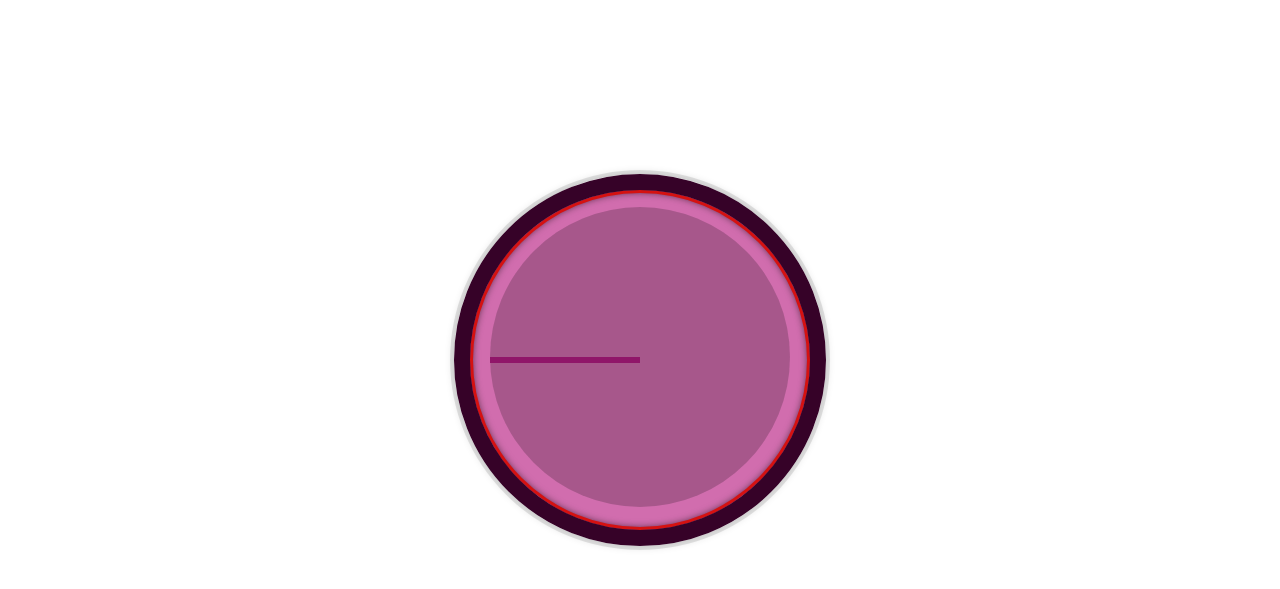
Repository: Freezler/javascript-css-clock
Page: index.html
These files come from the project's save history. The page is drawn as it stood at one moment and after the next save; the edit follows.
The browser window is 1280 px wide. The pictures show the whole page.

Above is the page before, as saved 2024-08-24 15:55:26.

### index.html
<!DOCTYPE html>
<html lang="en">

<head>
    <meta charset="UTF-8">
    <title>JS + CSS Clock</title>
    <link rel="icon" href="https://fav.farm/🔥" />
    <link rel="stylesheet" href="style.css">
</head>

<body>
    <div class="clock">
        <div class="clock-face">
            <div class="hand hour-hand"></div>
            <div class="hand min-hand"></div>
            <div class="hand second-hand"></div>
        </div>
    </div>
    <script src="/main.js"></script>
</body>

</html>

### style.css
html {
    background: url() no-repeat center center fixed;
    background-repeat: no-repeat;
    background-attachment: fixed;
    background-position: center center;
    background-size: cover;
    font-family: 'system-ui', sans-serif;
    text-align: center;
    font-size: 10px;
}

body {
    margin: 0;
    font-size: 2rem;
    display: flex;
    flex: 1;
    min-height: 100vh;
    align-items: center;
}

.clock {
    width: 30rem;
    height: 30rem;
    border: 16px solid rgb(54, 2, 40);
    border-radius: 50%;
    margin: 50px auto;
    position: relative;
    padding: 2rem;
    box-shadow:
        0 0 0 4px rgba(0, 0, 0, 0.1),
        inset 0 0 0 3px #d51111,
        inset 0 0 10px black,
        0 0 10px rgba(0, 0, 0, 0.2);
    background: rgba(181, 18, 124, 0.616);
}

.clock-face {
    position: relative;
    width: 100%;
    height: 100%;
    transform: translateY(-3px);
    /* account for the height of the clock hands */
    background: rgba(0, 0, 0, 0.2);
    border-radius: 50%;
}

.hand {
    width: 50%;
    height: 6px;
    background: rgb(144, 22, 105);
    position: absolute;
    top: 50%;
    z-index: 100;
}

Loaded but not shown: main.js (no stored copy; drawn as an empty file)

After the next save:
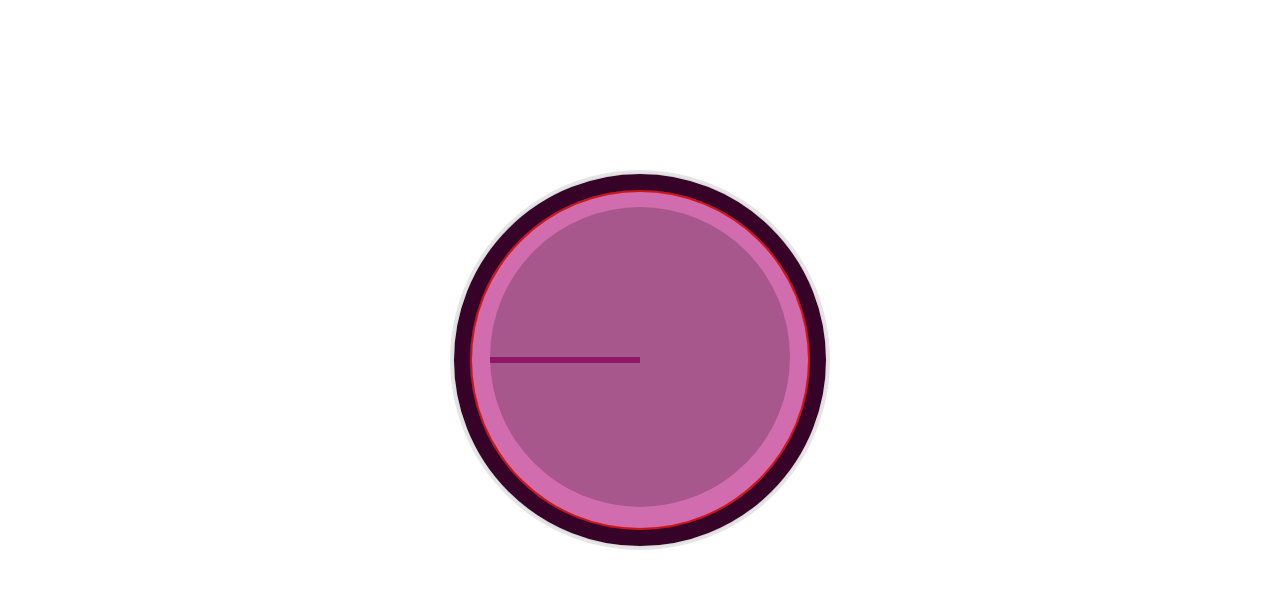
Saved 14 s later.
--- a/style.css
+++ b/style.css
@@ -28,9 +28,9 @@ body {
     padding: 2rem;
     box-shadow:
         0 0 0 4px rgba(0, 0, 0, 0.1),
-        inset 0 0 0 3px #d51111,
-        inset 0 0 10px black,
-        0 0 10px rgba(0, 0, 0, 0.2);
+        inset 0 0 0 2px #d51111,
+        inset 0 0 2px black,
+        0 0 2px rgba(0, 0, 0, 0.2);
     background: rgba(181, 18, 124, 0.616);
 }
 
